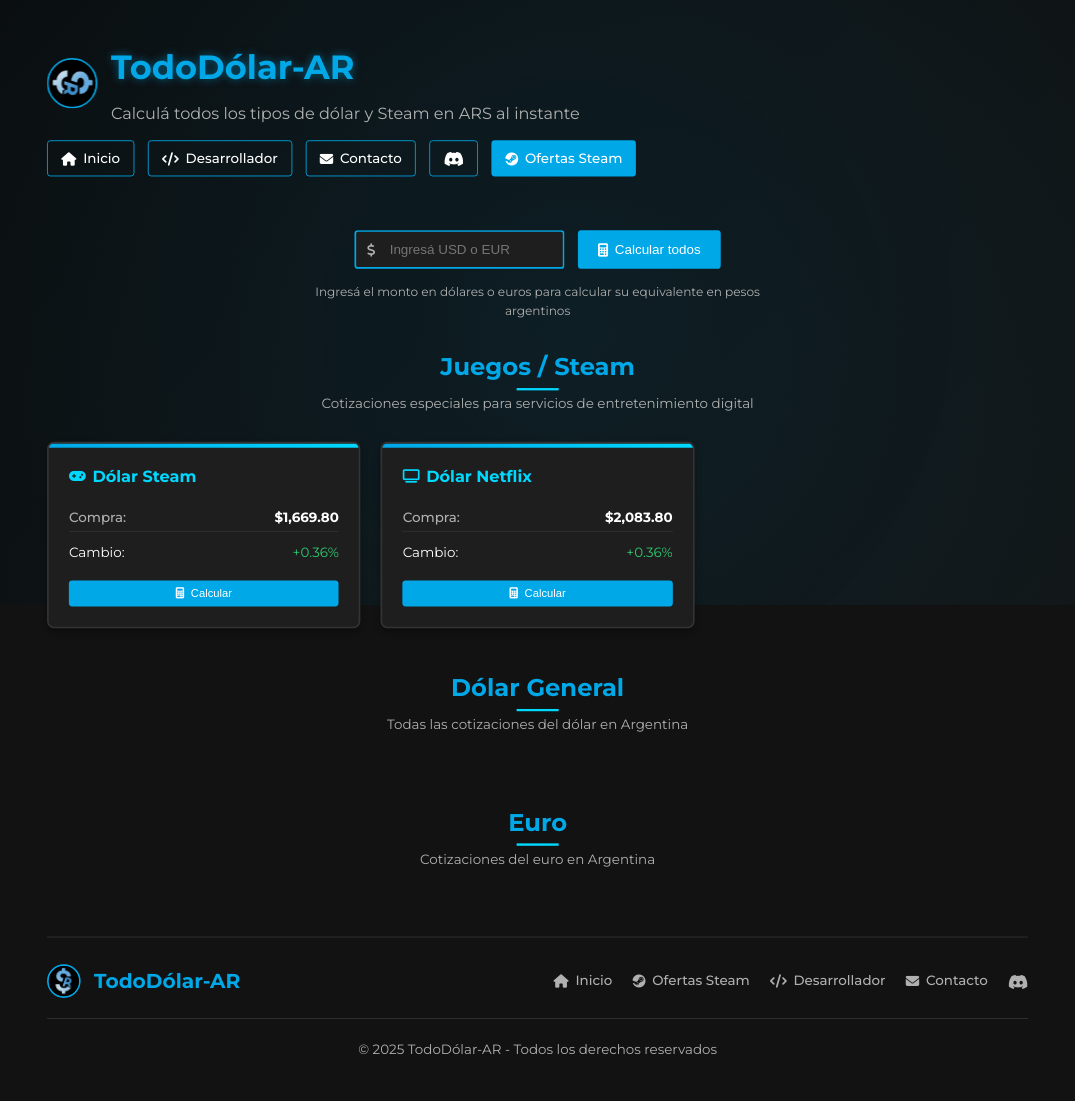
Repository: FabriDevelope/todod-lar-ar
Page: inicio/index.html
An editor plug-in stored every save of this project. The page is shown before and after the next save, followed by the edit.
The browser window is 1280 px wide. The pictures show the whole page, at 84% of full size.
The page's requests for data from a server got no answer.

Above is the page before, as saved 2025-09-06 22:40:51.

After the next save:
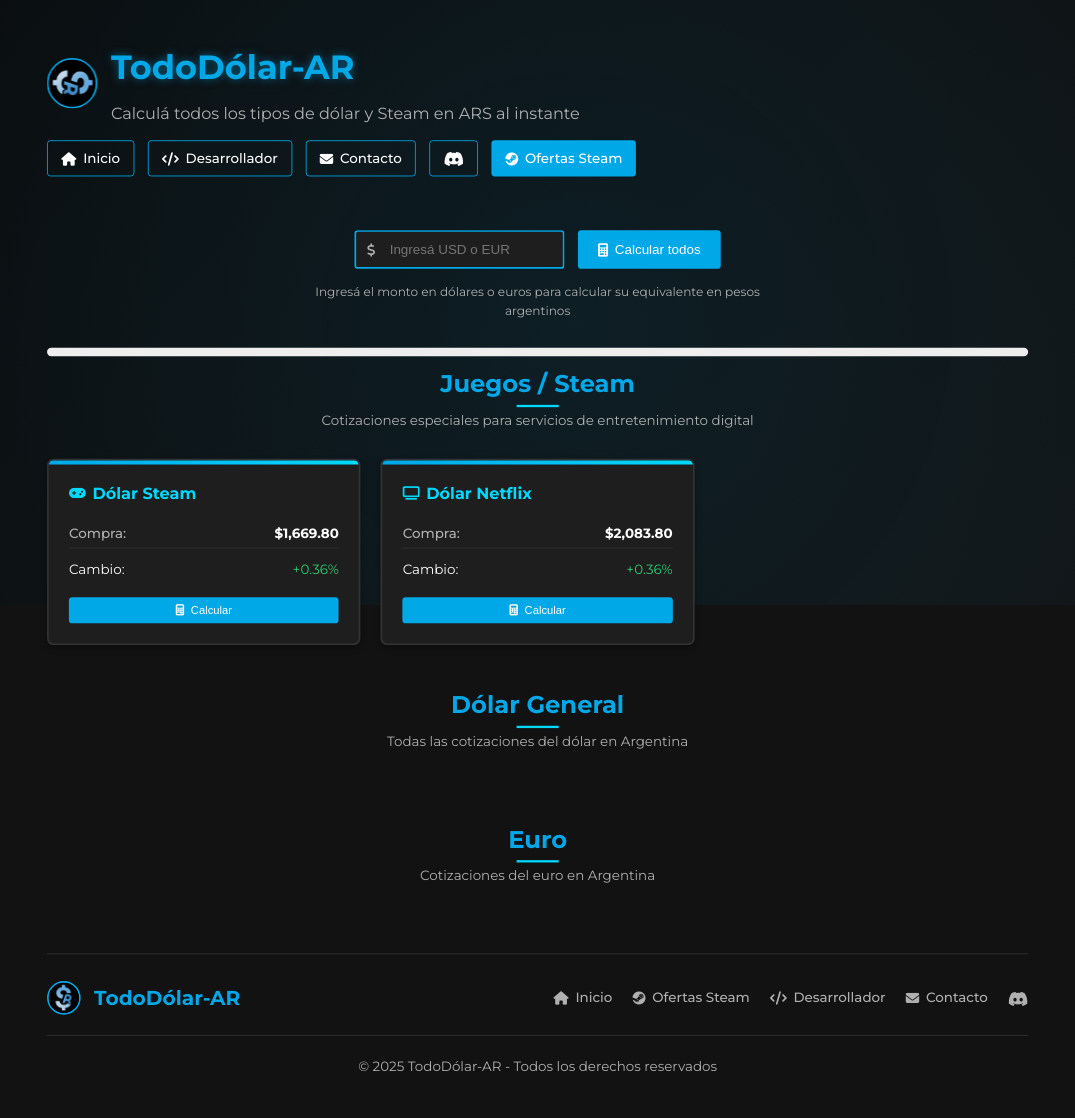
Saved 104 s later.
--- a/inicio/index.html
+++ b/inicio/index.html
@@ -57,6 +57,11 @@
             </div>
             <p class="input-description">Ingresá el monto en dólares o euros para calcular su equivalente en pesos argentinos</p>
         </section>
+
+        <div id="update-bar-container" style="width: 100%; height: 10px; background: #eee; border-radius: 5px; margin-bottom: 10px;">
+            <div id="update-bar" style="width: 0%; height: 100%; background: var(--accent-color); border-radius: 5px;"></div>
+        </div>
+
 
         <!-- Tarjetas de Juegos/Steam -->
         <section class="card-section">
